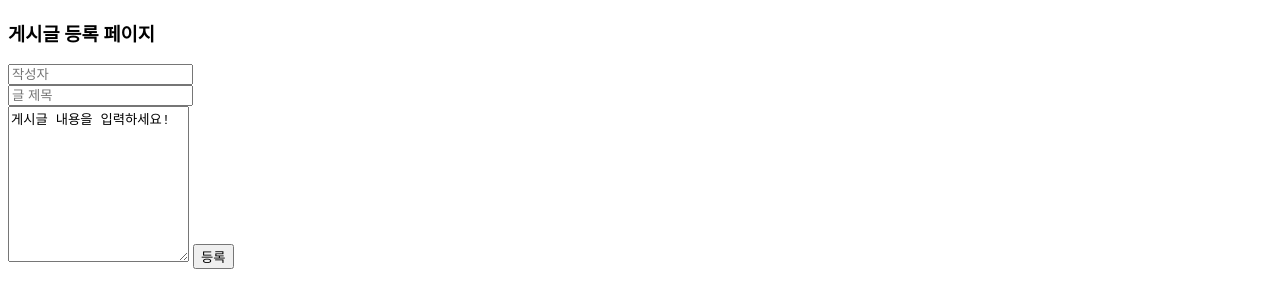
Repository: kitae1995/jsp-pratice
Page: http://localhost/JspBasic/board/board_write2.jsp
These files come from the project's save history. The page is drawn as it stood at one moment and after the next save; the edit follows.
The browser window is 1280 px wide. The pictures show the whole page.
The page is served by Tomcat 9. Other server files are loaded and not shown.

Above is the page before, as saved 2023-09-14 09:03:34.

### JspBasic/src/main/webapp/board/board_write2.jsp
<%@ page language="java" contentType="text/html; charset=UTF-8"
    pageEncoding="UTF-8"%>
<!DOCTYPE html>
<html>
<head>
<meta charset="UTF-8">
<title>Insert title here</title>
</head>
<body>
<h3>게시글 등록 페이지</h3>
<form action="/JspBasic/regist.board">
<input type="text" name="writer" placeholder="작성자"><br>
<input type="text" name="title" placeholder="글 제목"><br>
<textarea rows="10">게시글 내용을 입력하세요!</textarea>
<input type="button" value="등록">
</form>

</body>
</html>

After the next save:
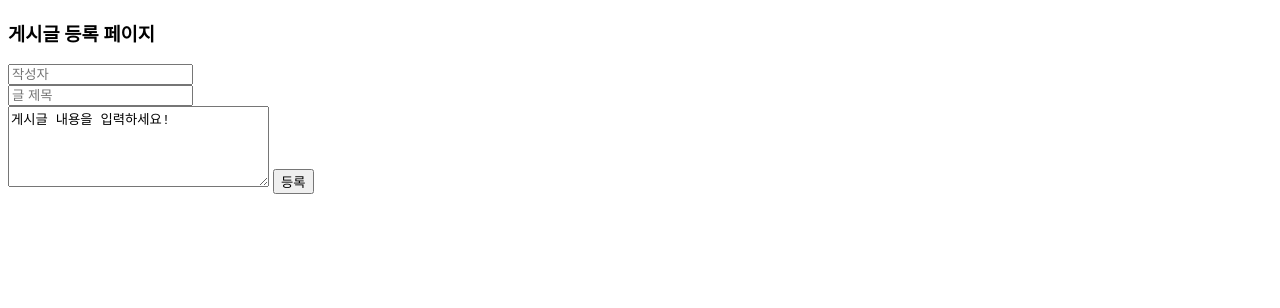
Saved 5 min 39 s later.
--- a/JspBasic/src/main/webapp/board/board_write2.jsp
+++ b/JspBasic/src/main/webapp/board/board_write2.jsp
@@ -8,11 +8,11 @@
 </head>
 <body>
 <h3>게시글 등록 페이지</h3>
-<form action="/JspBasic/regist.board">
+<form action="/JspBasic/regist.board" method="POST">
 <input type="text" name="writer" placeholder="작성자"><br>
 <input type="text" name="title" placeholder="글 제목"><br>
-<textarea rows="10">게시글 내용을 입력하세요!</textarea>
-<input type="button" value="등록">
+<textarea rows="5" cols="30" name="content">게시글 내용을 입력하세요!</textarea>
+<input type="button" value="등록" onclick="return confirm('등록하시겠습니까?')">
 </form>
 
 </body>
